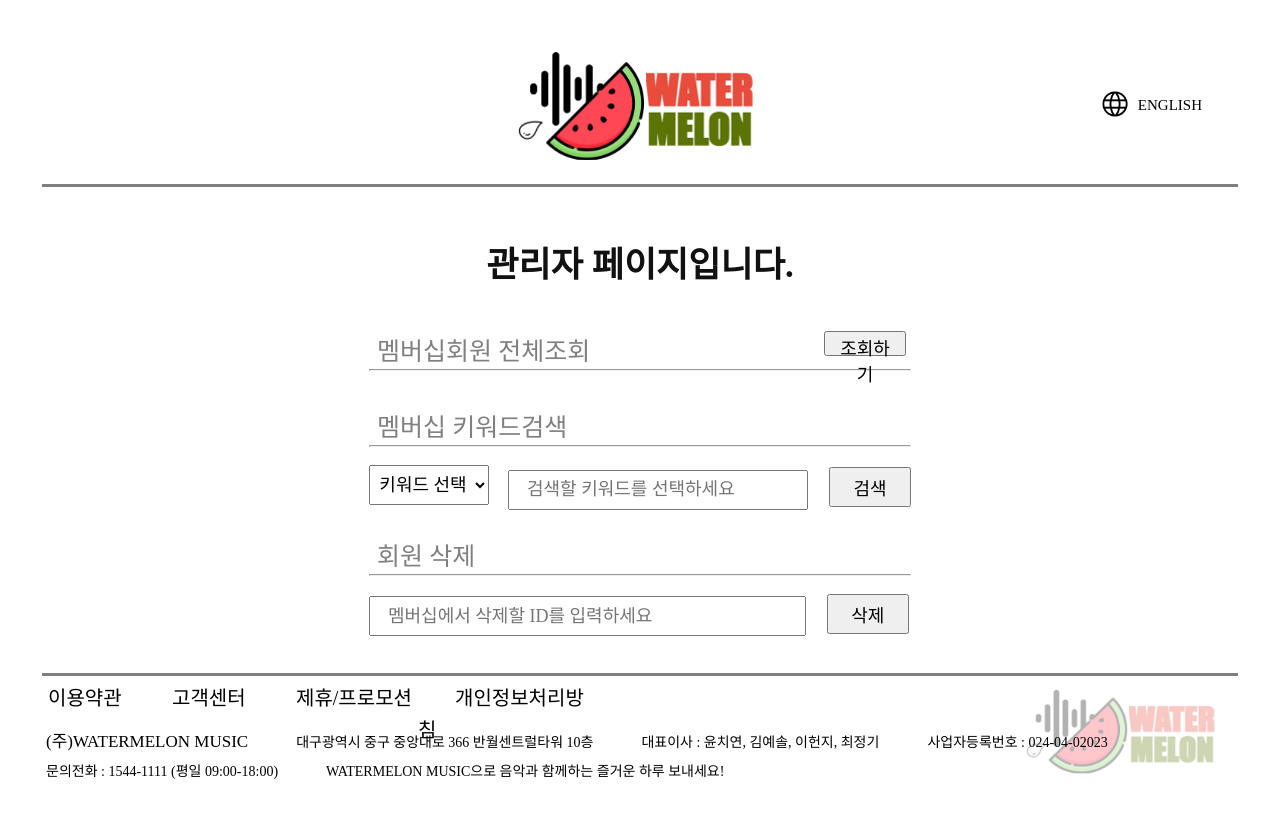
Repository: anchobb/TEAM_STS
Page: http://localhost/PJ_TEAM01/WEB-INF/views/membershipM.jsp
The author's editor kept a copy of each file at every save. The page is drawn from the files as they stood at one save, then again after the next save.
The browser window is 1280 px wide. The pictures show the whole page.
Some web fonts or font styles are not loaded; a fallback is used. Some web libraries are served in a nearby version. The page is served by Tomcat 9. Nobody is signed in. The template is opened directly, without the code that normally fills it, so the values that code supplies are empty.

Above is the page before, as saved 2023-09-17 11:55:13.

### PJ_TEAM01/src/main/webapp/WEB-INF/views/membershipM.jsp
 <%@ page language="java" contentType="text/html; charset=UTF-8"
    pageEncoding="UTF-8"%>
<%@ taglib uri="http://java.sun.com/jsp/jstl/core" prefix="c"%>
<!DOCTYPE html>
<html>
<head>
<meta charset="UTF-8">
<title>MEMBER PAGE</title>
<style>
		<%@include file="/resources/static/css/common.css" %>
		<%@include file="/resources/static/css/header.css" %>
		<%@include file="/resources/static/css/membershipM_Page.css" %>
		<%@include file="/resources/static/css/footer.css" %>
</style>
</head>
<body>
<div class="wrapper">
<header>
   <div class="log-header">
       <a href=<c:url value="/indexlog" />><img class="logo" src="${pageContext.request.contextPath}/resources/static/img/로고.png" alt=""></a>
       <ul>
          <li><a href=""><img  src="${pageContext.request.contextPath}/resources/static/img/english.png" alt="">ENGLISH</a></li>
       </ul>
    </div>
    <div class="logheader_line"></div>
</header>
<section class="membership_M">
	<h1>관리자 페이지입니다.</h1>
	<ul>
		<li><span class="title">멤버십회원 전체조회<button class="alluser" id="showButton">조회하기</button></span><hr/></li>
		<div class="selectall">
			<table>
				<tr>
					<td class="search_title1" style="color:rgb(92, 115, 6);">CODE</td>
					<td class="search_title1" style="color:rgb(92, 115, 6);">ID</td>
					<td class="search_title1" style="color:rgb(92, 115, 6);">NAME</td>
					<td class="search_title2" style="color:rgb(92, 115, 6);">START_DATE</td>
					<td class="search_title2" style="color:rgb(92, 115, 6);">END_DATE</td>
				</tr>
    	<c:forEach items="${list}" var="dto">
				<tr>
					<td class="search_title1">${dto.membershipCode}</td>
					<td class="search_title1">${dto.id}</td>
					<td class="search_title1">${dto.name}</td>
					<td class="search_title2">${dto.startDate}</td>
					<td class="search_title2">${dto.endDate}</td>
				</tr>
		</c:forEach>
			</table>


    	</div>
		<br />
		<li><span class="title">멤버십 키워드검색</span><hr/></li>
		    <div class="search_block" style= display="none">
				<select id="select">
					<option value="">키워드 선택</option>
					<option value="code">CODE 검색</option>
					<option value="id">ID 검색</option>
					<option value="endDate">종료날짜 검색</option>
				</select>
		<form action="membership/search" method="post">
			    <input type="text" id="search_input" placeholder="검색할 키워드를 선택하세요">
			    <button class="oneuser" type="submit" >검색</button>
		</form>
		    </div>
		    <div class="oneshowBlock"></div>
		<br />
		<li><span class="title">회원 삭제</span><hr/></li>
		<form action="${pageContext.request.contextPath}/membership_delete" method="post">
    	<input type="text" id="remove_input" name="id" placeholder="멤버십에서 삭제할 ID를 입력하세요">
    	<button class="ms_delete">삭제</button>
		</form>
		<br />
	</ul>

</section>
<footer>
    <div class="footer_line"></div>
    <div>
        <ul class="footer_menu">
           <li><a href="">이용약관</a></li>
           <li><a href="">고객센터</a></li>
           <li><a href="">제휴/프로모션</a></li>
           <li style="width:170px"><a href=""> &nbsp;&nbsp;&nbsp;&nbsp;&nbsp;&nbsp;&nbsp;개인정보처리방침</a></li>
        </ul>
    </div>
    <p></p>
    <div class="Site_info">
        <img id="footer_logo" src="${pageContext.request.contextPath}/resources/static/img/로고.png" alt="">
        <span class="Sitename">(주)WATERMELON MUSIC</span>
        <span>대구광역시 중구 중앙대로 366 반월센트럴타워 10층</span>
        <span>대표이사 : 윤치연, 김예솔, 이헌지, 최정기</span>
        <span>사업자등록번호 : 024-04-02023</span>
        <br>
        <span>문의전화 : 1544-1111 (평일 09:00-18:00)</span>
        <span>WATERMELON MUSIC으로 음악과 함께하는 즐거운 하루 보내세요!</span>
     </div>
</footer>
</div>


<script src="https://cdnjs.cloudflare.com/ajax/libs/axios/1.4.0/axios.min.js" integrity="sha512-uMtXmF28A2Ab/JJO2t/vYhlaa/3ahUOgj1Zf27M5rOo8/+fcTUVH0/E0ll68njmjrLqOBjXM3V9NiPFL5ywWPQ==" crossorigin="anonymous" referrerpolicy="no-referrer"></script>


	<script>
	//회원 전체조회 script
		document.addEventListener('DOMContentLoaded', function() {
	       // 버튼 클릭 이벤트 핸들러
	       var showButton = document.getElementById('showButton');
	       var selectAllDiv = document.querySelector('.selectall');

	       showButton.addEventListener('click', function() {
	           // 현재 상태를 확인하여 토글
	           if (selectAllDiv.style.display === 'none' || selectAllDiv.style.display === '') {
	               selectAllDiv.style.display = 'block'; // 보이도록 함
	           } else {
	               selectAllDiv.style.display = 'none'; // 숨김
	           }
	       });
	   });


	//회원 단건조회 script
        // 옵션 선택이 변경될 때 이벤트 리스너를 추가합니다.
        document.getElementById("select").addEventListener("change", function () {
            var selectedOption = this.value;
            var searchInput = document.getElementById("search_input");

            // 선택된 옵션에 따라 입력 필드의 라벨을 변경합니다.
            switch (selectedOption) {
                case "code":
                    searchInput.name = "code";
                    searchInput.placeholder = "Membership Code를 입력하세요";
                    break;
                case "id":
                    searchInput.name = "id";
                    searchInput.placeholder = "검색할 ID를 입력하세요";
                    break;
                case "endDate":
                    searchInput.name = "endDate";
                    searchInput.placeholder = "검색할 종료날짜를 입력하세요";
                    break;
                default:
                    // 키워드 선택이나 다른 옵션을 선택한 경우 처리할 내용을 추가할 수 있습니다.
                    break;
            }
        });

	//회원 삭제 script
	document.addEventListener("DOMContentLoaded", function () {
       const form = document.querySelector('.ms_delete');
       const searchInput = document.querySelector('#remove_input');

       form.addEventListener('click', async function (event) {
           event.preventDefault();

           const searchValue = searchInput.value;

           try {
               const response = await axios.post('/app/membership_delete', null, {
                   params: { id: searchValue }
               });
               console.log('서버 응답:', response);
               alert('삭제가 완료되었습니다.');
               location.reload();
           } catch (error) {
               if (error.response) {
                   console.error('서버 응답 오류:', error.response.data);
               } else {
                   console.error('요청 오류:', error.message);
               }
               // 오류가 발생했을 때 처리
               alert('삭제에 실패했습니다.');
           }
       });
   });


	</script>

</body>
</html>

### PJ_TEAM01/src/main/webapp/resources/static/css/common.css
@font-face {
    font-family: 'SDSamliphopangche_Basic';
    src: url('https://cdn.jsdelivr.net/gh/projectnoonnu/noonfonts-20-12@1.0/SDSamliphopangche_Basic.woff') format('woff');
    font-weight: normal;
    font-style: normal;
}

* {
    margin: 2px;
    box-sizing: border-box;
    font-family: 'SDSamliphopangche_Basic';
}

ul {
    list-style: none;
    padding: 0px;
    margin: 0px;
    color: black;
}

a {
    text-decoration: none;
    color: black;
}

.wrapper {
    width: 1200px;
    margin: 30px auto;
}

.wrapper>nav>.mobilemenu>.material-symbols-outlined{
    font-variation-settings:
    'FILL' 0,
    'wght' 400,
    'GRAD' 0,
    'opsz' 48}

### PJ_TEAM01/src/main/webapp/resources/static/css/header.css
/* header */
.wrapper>header {
    height:130px;
    /* border: 1px solid red; */
    margin-top: 20px;
}

/* 탑헤더 내 로고, 검색창, 퀵메뉴 전체 */
.wrapper>header>.top-header{
    height: 110px;
    /* border: 1px solid green; */
    display: flex;
    justify-content: space-between;
    align-items: center;
}

/* 탑헤더 내 로고 */
.wrapper>header>.top-header>.logo{
    margin-top: 0;
    width: 240px;
    height: 120px;
}

/* 탑헤더 내 검색창 */
.wrapper>header>.top-header>form .search_box{
    height: 38px;
    width: 500px;
    border: 3px solid rgb(92, 115, 6);
    position: relative;
    border-radius: 7px;
    line-height: 35px;
    padding-left: 10px;
}

.wrapper>header>.top-header>form .search_box>div{
    /* border: 1px solid rosybrown; */
    height: 35px;
    width: 110px;
    font-size: 20px;
    text-align: center;
    line-height: 35px;
    margin-top: -1px;
    margin-left: -10px;
    border-right: 3px solid rgb(92, 115, 6);
    background-color: rgba(92, 115, 6, 0.43);
}

.wrapper>header>.top-header>form .search_box>input {
    height: 30px;
    width: 340px;
    border: 1px;
    outline: 1px;
    position: absolute;
    top: -1px;
    left: 115px;
    font-size: 15px;
    color: black;
    font-family: 'NanumSquareBold';
}

.wrapper>header>.top-header>form .search_box>img {
    position: absolute;
    width: 30px;
    height: 30px;
    top: 0px;
    left: 92%;
    display: block;
}

/* 헤더 내 퀵메뉴 */
.wrapper>header>.top-header>ul {
    /* border: 1px solid red; */
    display: flex;
    justify-content: right;
    align-items: center;
}

.wrapper>header>.top-header>ul>li {
    /* border: 1px solid gray; */
    width: 110px;
    position: relative;
    text-align: center;
}

.wrapper>header>.top-header>ul>li>a {
    display: block;
    font-size: 16px;
    position: relative;
    left: 15px;
}

.wrapper>header>.top-header>ul>li>a>img{
    width: 20px;
    height: 18px;
    justify-content: center;
    align-content: center;
    position: absolute;
    top: -2.5px;
    left: -5px;
}

/* nav부분 STYLE */
.wrapper>nav>.navi{
    display: flex;
    justify-content: space-between;
}

/* 왼쪽 nav one-depth */
.wrapper>nav>.navi>.Menu_left>.one--depth {
    width: 100%;
    height: 60px;
    display: flex;
}

.wrapper>nav>.navi>.Menu_left>.one--depth>li {
    position: relative;
    height: 35px;
}

.wrapper>nav>.navi>.Menu_left>.one--depth>li>a {
    display: block;
    font-size: 20px;
    width: 110px;
    /* transition: 1s; */

}

/* 왼쪽 nav two-depth */
.wrapper>nav>.navi>.Menu_left>.one--depth>li>.two--depth {
    position: absolute;
    display: none;

}

.wrapper>nav>.navi>.Menu_left>.one--depth>li>.two--depth>li {
    height: 30px;
    line-height: 30px;

}

.wrapper>nav>.navi>.Menu_left>.one--depth>li>.two--depth>li>a {
    display: block;
    width: 120px;
    font-size: 17px;
}

.wrapper>nav>.navi>.Menu_left>.one--depth>li>a:hover {
    font-size: 22px;
}

.wrapper>nav>.navi>.Menu_left>.one--depth>li:hover .two--depth {
    display: flex;
}

.wrapper>nav>.navi>.Menu_left>.one--depth>li>.two--depth>li>a:hover {
    font-size: 18px;
    transition: 0.7s;
    color: rgb(192, 57, 43);
}

/* 오른쪽 nav one-depth */
.wrapper>nav>.navi>.Menu_right>.one--depth {
    width: 100%;
    height: 60px;
    display: flex;
}

.wrapper>nav>.navi>.Menu_right>.one--depth>li {
    position: relative;
    height: 35px;
}

.wrapper>nav>.navi>.Menu_right>.one--depth>li>a {
    display: block;
    font-size: 20px;
    width: 110px;
    text-align: right;
}

/* 오른쪽 nav two-depth */
.wrapper>nav>.navi>.Menu_right>.one--depth>li>.two--depth {
    position: absolute;
    display: none;
}

.wrapper>nav>.navi>.Menu_right>.one--depth>li>.two--depth>li {
    height: 30px;
    line-height: 30px;
}

.wrapper>nav>.navi>.Menu_right>.one--depth>li>.two--depth>li>a {
    display: block;
    width: 110px;
    font-size: 17px;
    text-align: center;
}

.wrapper>nav>.navi>.Menu_right>.one--depth>li>a:hover {
    font-size: 22px;
}

.wrapper>nav>.navi>.Menu_right>.one--depth>li:hover .two--depth {
    display: flex;
    text-align: right;
    right: -12px;
}

.wrapper>nav>.navi>.Menu_right>.one--depth>li>.two--depth>li>a:hover {
    font-size: 18px;
    transition: 0.7s;
    color: rgb(192, 57, 43);
}

/* header_line */
.wrapper>.header_line {
    display: block;
    background-color: gray;
    height: 3px;
    width: 100%;
    margin: 5px auto;
}

.wrapper>footer>#footer_logo{
    border: 1px solid;
    opacity: 0.6;
    margin-bottom: 500px;
}


.wrapper>header>.log-header{
    height: 150px;
    position: relative;
    display: flex;
    justify-content: center;
    align-items: center;
}

.logheader_line{
    display: block;
    background-color: gray;
    height: 3px;
    width: 100%;
    margin: 0 auto;
}


/* login header */

.wrapper>header>.log-header>a>.logo{
    margin-top: 0;
}

.wrapper>header>.log-header>ul{
    position: absolute;
    right: 30px;
}

.wrapper>header>.log-header>ul>li{
    display: inline-block;
    height: 40px;
    text-align: center;
    line-height: 35px;
}

.wrapper>header>.log-header>ul>li>a{
    font-size: 15px;
    position: relative;

}

.wrapper>header>.log-header>ul>li>a>img{
    position: absolute;
    width: 30px;
    height: 30px;
    right: 70px;
}

.wrapper>nav>.mobilemenu{
    display: none;
}

### PJ_TEAM01/src/main/webapp/resources/static/css/membershipM_Page.css
li{
    list-style: none;
    }

    .membership_M {
        width: 550px;
        display: block;
        height: 100%;
        padding-top: 50px;
        margin: 0 auto;
    }

    .membership_M h1 {
        padding-top: 20px;
        font-size: 35px;
        color: #111;
        text-align: center;
    }

  	.membership_M>ul {
        padding: 40px 0 10px;
    }

    .membership_M>ul li {
        padding: 0 0 12px;
        text-align: left;
    }

    .membership_M>ul li .title {
		font-size: 25px;
		display: block;
		margin-left: 10px;
		color: gray;
	}

	.search_block{
		display: flex;
	}

	.membership_M select{
		width: 120px;
		height: 40px;
		text-align: center;
		margin-top:2px;
		margin-right: 15px;
		font-size: 18px;
	}

	#search_input{
	 	width: 300px;
        height: 40px;
        box-sizing: border-box;
        text-indent: 15px;
        font-size: 18px;
        color: black;
        font-family: 'SDSamliphopangche_Basic';
	}


	#remove_input{
        width: 80%;
        height: 40px;
        box-sizing: border-box;
        text-indent: 15px;
        font-size: 18px;
        color: black;
        font-family: 'SDSamliphopangche_Basic';
    }

    .membership_M>form input::-webkit-input-placeholder {
        font-size: 18px;
        color: gray;
    }

	.membership_M .title>.alluser{
		width: 82px;
        height: 25px;
        font-size: 18px;
        cursor: pointer;
        display: inline-block;
        margin: 0 5px;
        float: right;

	}

	table{
		table-layout: fixed;
		border-collapse: collapse;
	 	width: 540px;
	}

	td{
		border-bottom: 1px solid black;
	 	overflow: hidden;
	 	text-overflow: ellipsis;
	  	white-space: nowrap;
	  	padding:5px;
	}

	th:first-child, td:first-child {
    	border-left: none;
  	}

	.search_title1{
		width:80px;
		font-size:18px;
	}

	.search_title2{
		width:150px;
		font-size:18px;
	}


    .membership_M form .oneuser, .ms_delete{
        width: 82px;
        height: 40px;
        margin-left: 15px;
        margin-right: 0px;
        font-size: 18px;
        cursor: pointer;
    }

	.selectall {
        display: none;
        font-size: 20px;
		text-align: center;
    }

### PJ_TEAM01/src/main/webapp/resources/static/css/footer.css
/* footer */

/* footer line */
.wrapper>footer>.footer_line {
    display: block;
    background-color: gray;
    height: 3px;
    width: 100%;
    margin: 5px auto;
}

/* footer */
.wrapper>footer>div>.footer_menu {
    display: flex;
    /* border: 1px solid; */
    height: 40px;
}

.wrapper>footer>div>.footer_menu>li{
    /* border: 1px solid red; */
    width: 120px;
    height: 30px;
    line-height: 30px;
}

.wrapper>footer>div>.footer_menu>li>a{
    font-family: 'SDSamliphopangche_Basic';
    font-size: 20px;
}

.wrapper>footer>.Site_info{
    position: relative;
}

.wrapper>footer>.Site_info>#footer_logo{
    position: absolute;
    top: -50px;
    right: 0;
    width: 220px;
    height: 110px;
    opacity: 0.3;
    z-index: -1;
}

.wrapper>footer>.Site_info>span{
    display: inline-block;
    font-size: 14px;
    padding: 2px 40px 2px 0;
}

.wrapper>footer>.Site_info>.Sitename{
    font-family: 'SDSamliphopangche_Basic';
    font-size: 17px;
}

After the next save:
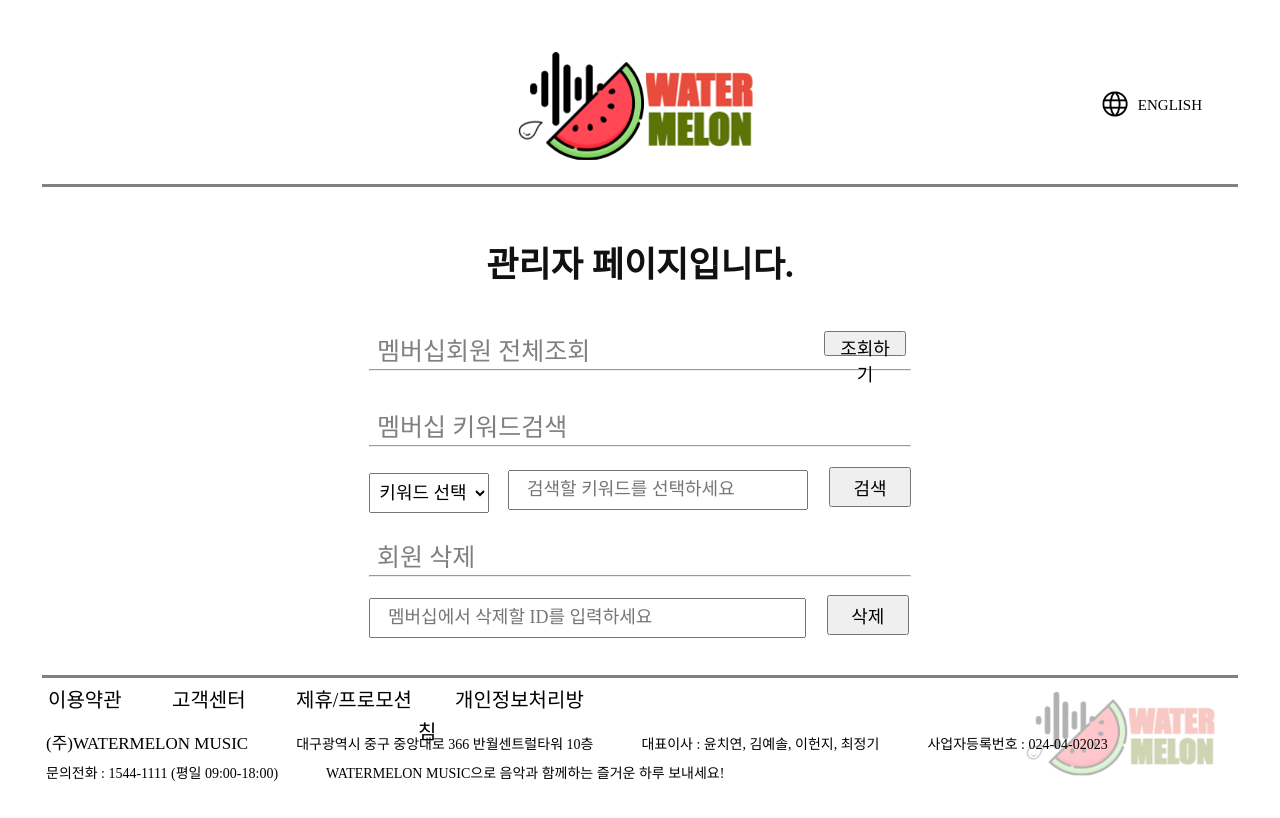
Saved 17 s later.
--- a/PJ_TEAM01/src/main/webapp/resources/static/css/membershipM_Page.css
+++ b/PJ_TEAM01/src/main/webapp/resources/static/css/membershipM_Page.css
@@ -41,7 +41,7 @@
 		width: 120px;
 		height: 40px;
 		text-align: center;
-		margin-top:2px;
+		margin-top:10px;
 		margin-right: 15px;
 		font-size: 18px;
 	}

After the save that followed:
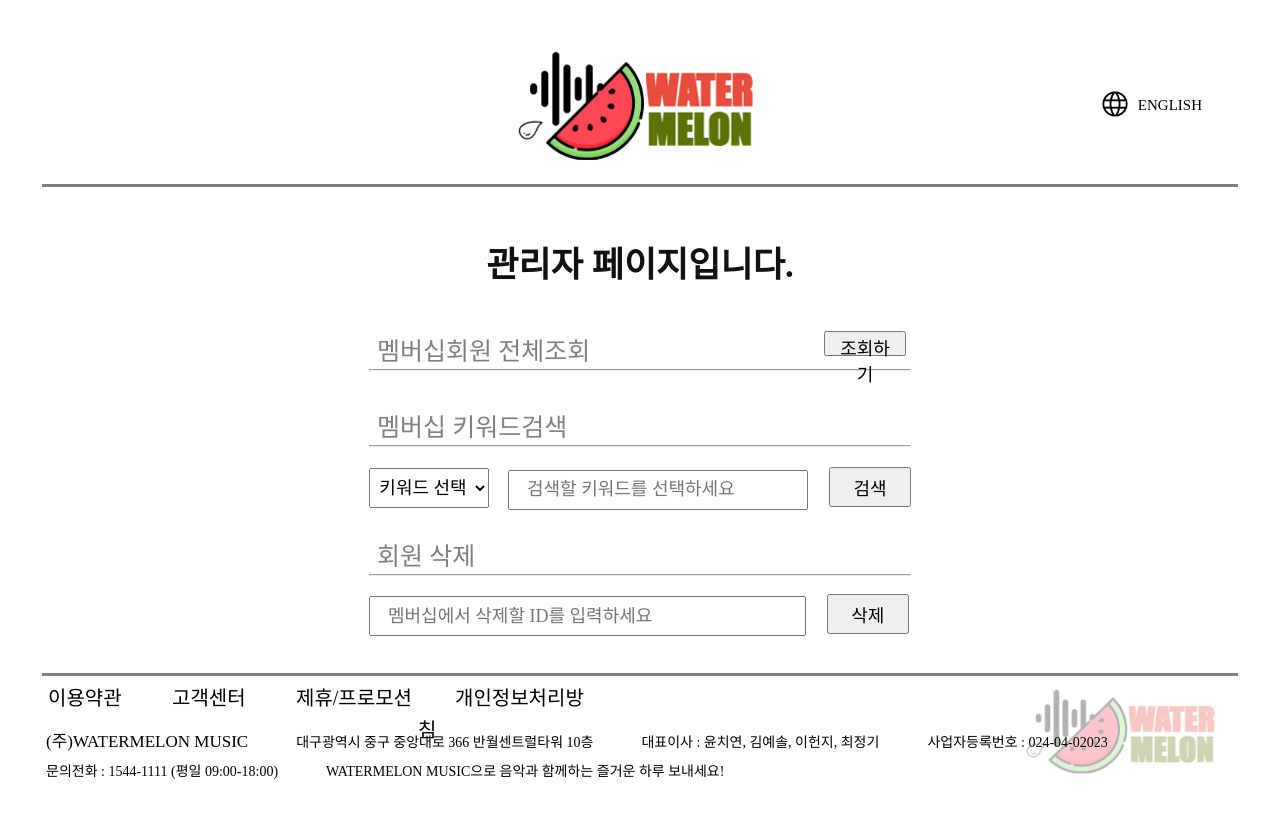
Saved 6 s later.
--- a/PJ_TEAM01/src/main/webapp/resources/static/css/membershipM_Page.css
+++ b/PJ_TEAM01/src/main/webapp/resources/static/css/membershipM_Page.css
@@ -41,7 +41,7 @@
 		width: 120px;
 		height: 40px;
 		text-align: center;
-		margin-top:10px;
+		margin-top:5px;
 		margin-right: 15px;
 		font-size: 18px;
 	}
